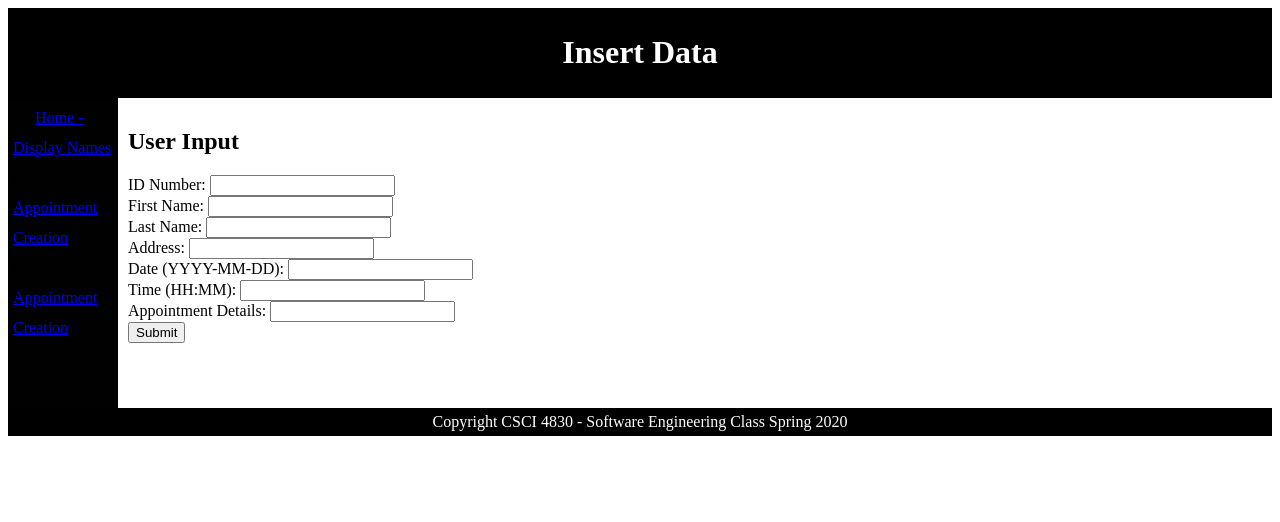
Repository: Doniico/G1_ODM
Page: workspaceCSCI4830-teamproject/teamproject/WebContent/simpleInsertHB.html
An editor plug-in stored every save of this project. The page is shown before and after the next save, followed by the edit.
The browser window is 1280 px wide. The pictures show the whole page.

Above is the page before, as saved 2020-04-02 05:17:30.

After the next save:
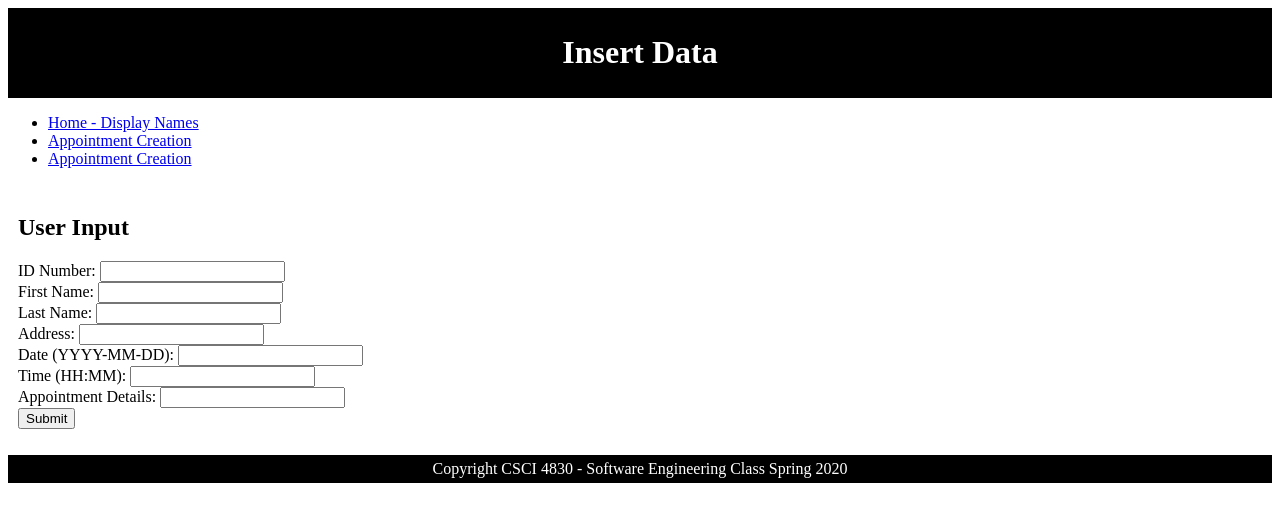
Saved 3 min 29 s later.
--- a/workspaceCSCI4830-teamproject/teamproject/WebContent/simpleInsertHB.html
+++ b/workspaceCSCI4830-teamproject/teamproject/WebContent/simpleInsertHB.html
@@ -36,11 +36,11 @@
 <h1> Insert Data</h1>
 </header>
 
-<nav>
+<ul id = "navbar">
 	<li><a href = "/teamproject/ODMDesign.html">Home - Display Names</a></li>
 	<li><a href = "/teamproject/simpleInsertHB.html">Appointment Creation</a></li>
 	<li><a href = "/teamproject/simpleInsertHB.html">Appointment Creation</a></li>
-</nav>
+</ul>
 
 <section>
 	<h1>User Input</h1>

After the save that followed:
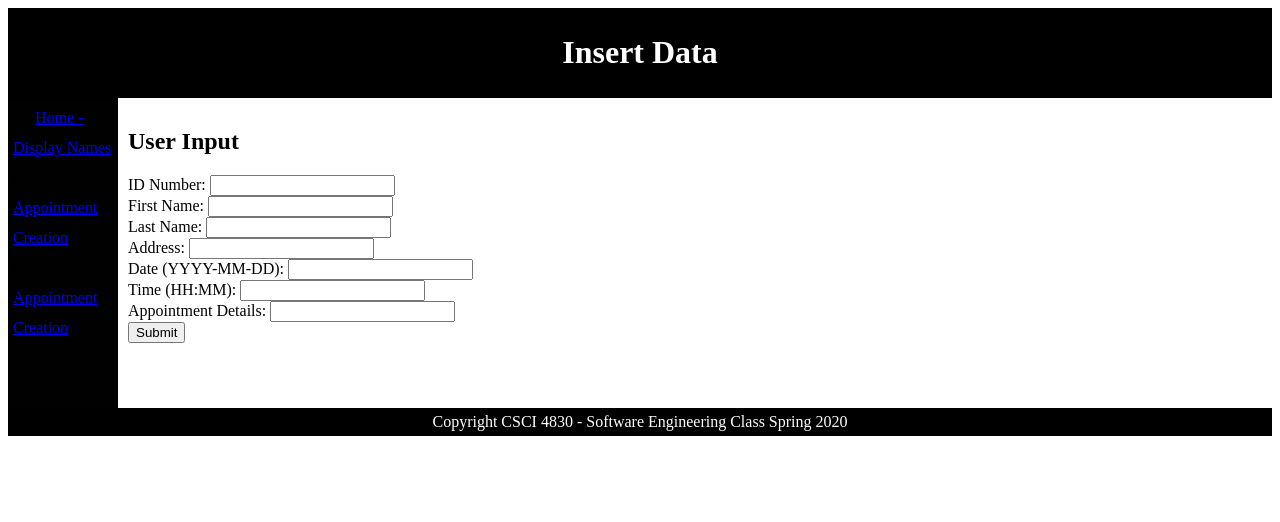
Saved 11 s later.
--- a/workspaceCSCI4830-teamproject/teamproject/WebContent/simpleInsertHB.html
+++ b/workspaceCSCI4830-teamproject/teamproject/WebContent/simpleInsertHB.html
@@ -36,11 +36,11 @@
 <h1> Insert Data</h1>
 </header>
 
-<ul id = "navbar">
+<nav>
 	<li><a href = "/teamproject/ODMDesign.html">Home - Display Names</a></li>
 	<li><a href = "/teamproject/simpleInsertHB.html">Appointment Creation</a></li>
 	<li><a href = "/teamproject/simpleInsertHB.html">Appointment Creation</a></li>
-</ul>
+</nav>
 
 <section>
 	<h1>User Input</h1>
